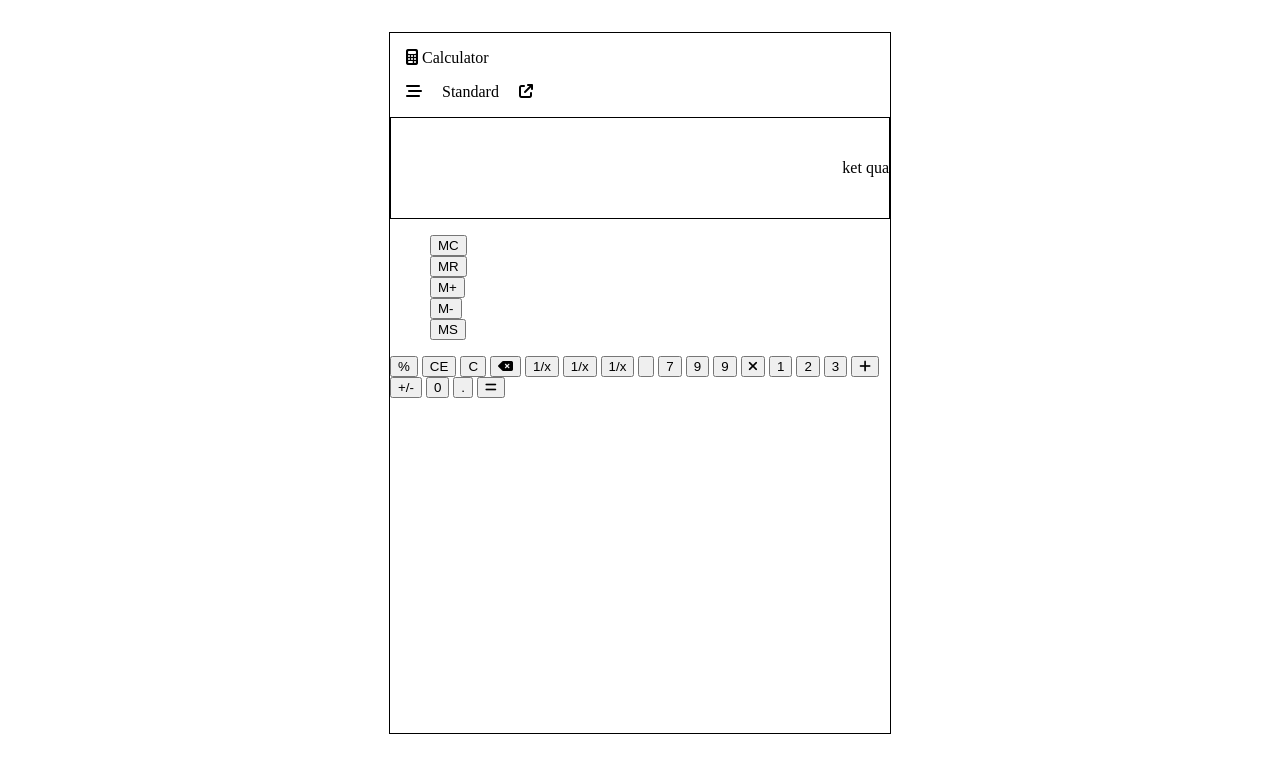
Repository: tungts3qb/Javascript
Page: Calculator/Calculator.html
These files come from the project's save history. The page is drawn as it stood at one moment and after the next save; the edit follows.
The browser window is 1280 px wide. The pictures show the whole page.

Above is the page before, as saved 2022-12-26 15:30:05.

After the next save:
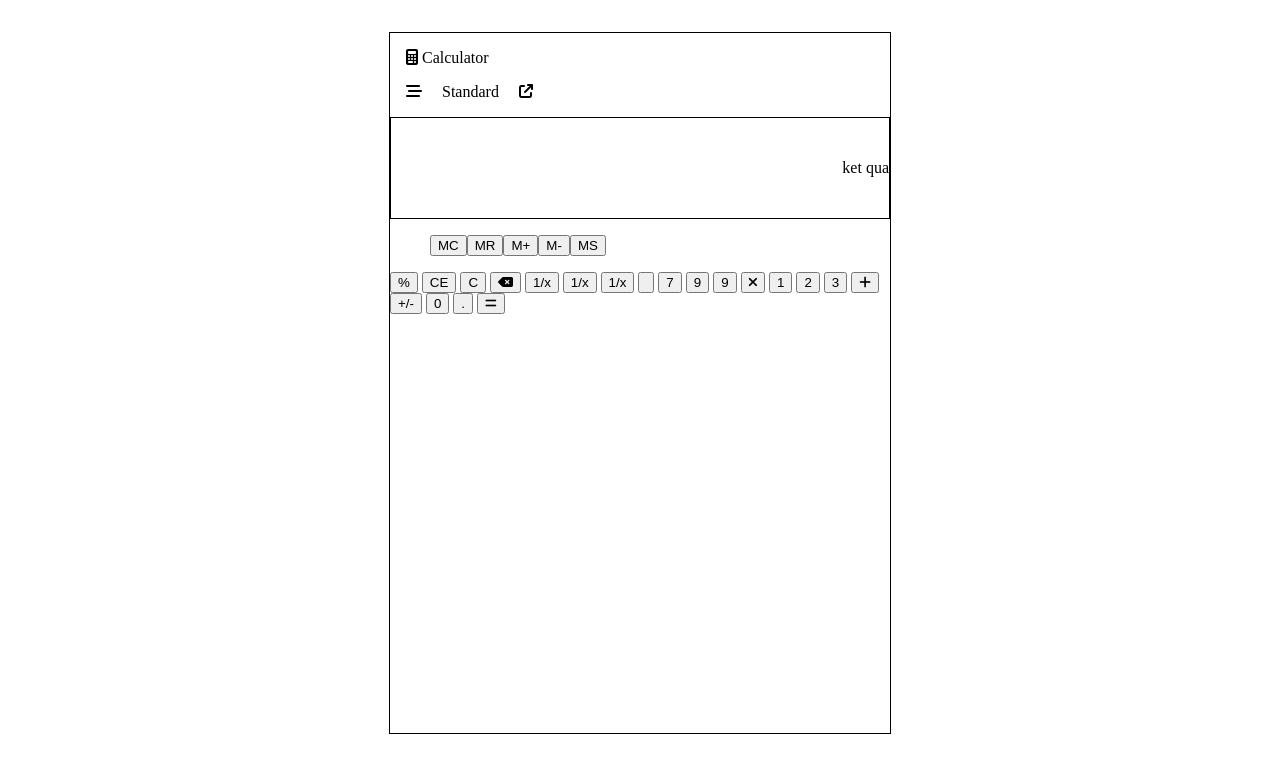
Saved 103 s later.
--- a/Calculator/style.css
+++ b/Calculator/style.css
@@ -33,9 +33,7 @@
   display: block;
 }
 
-.calculator-special-function {
+.calculator-special-function ul {
+  list-style: none;
   display: flex;
 }
-.calculator-special-function ul {
-  list-style: none;
-}
